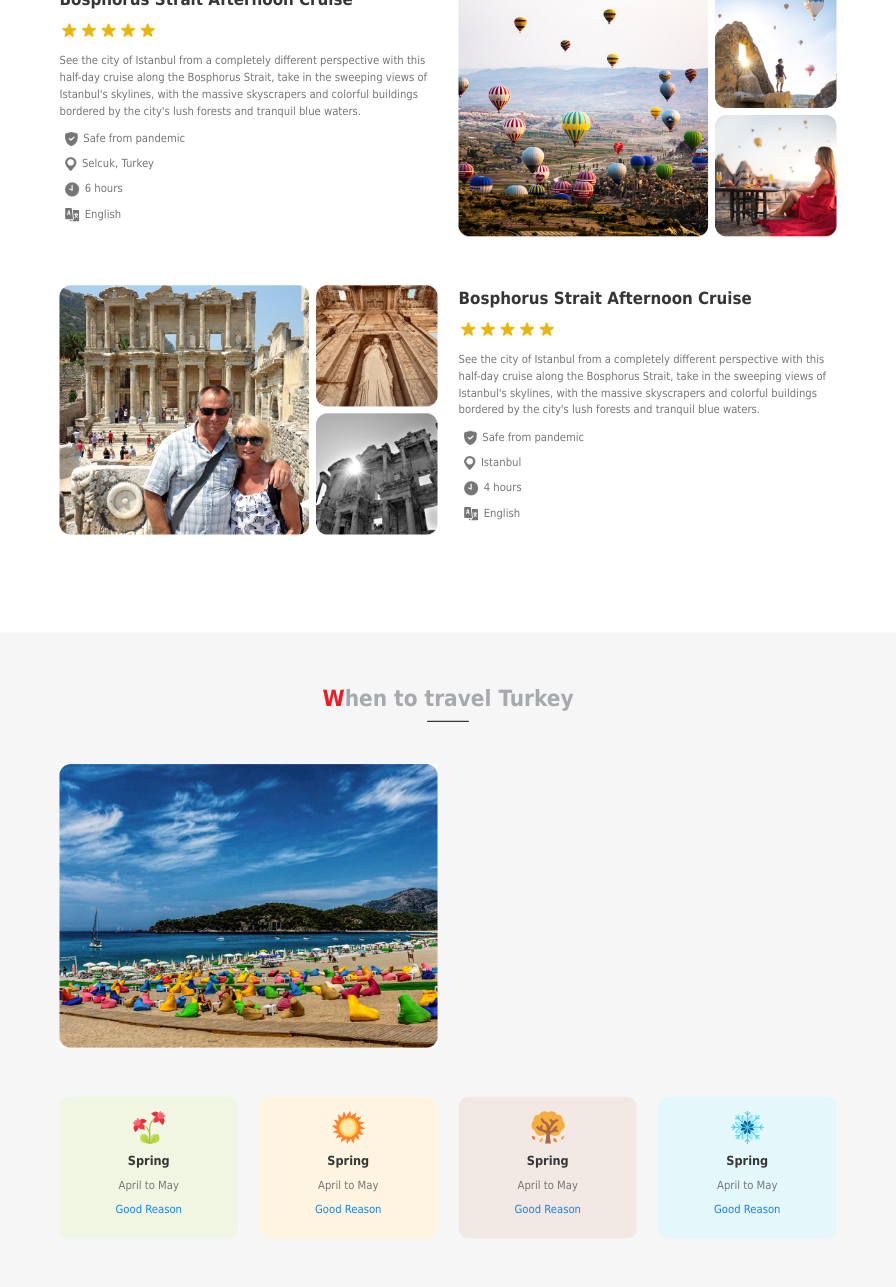
Repository: cvminhquan/turkey
Page: index.html
The author's editor kept a copy of each file at every save. The page is drawn from the files as they stood at one save, then again after the next save.
The browser window is 1280 px wide. The pictures show the part of the page from y = 1962 to 3882 px (the page is 3801 px tall before and 3882 px after), at 70% of full size.
The style sheet was rebuilt from its Sass, Less or Tailwind sources for each picture, by a compiler version that may differ from the author's.

Above is the page before, as saved 2022-09-15 20:14:18.

After the next save:
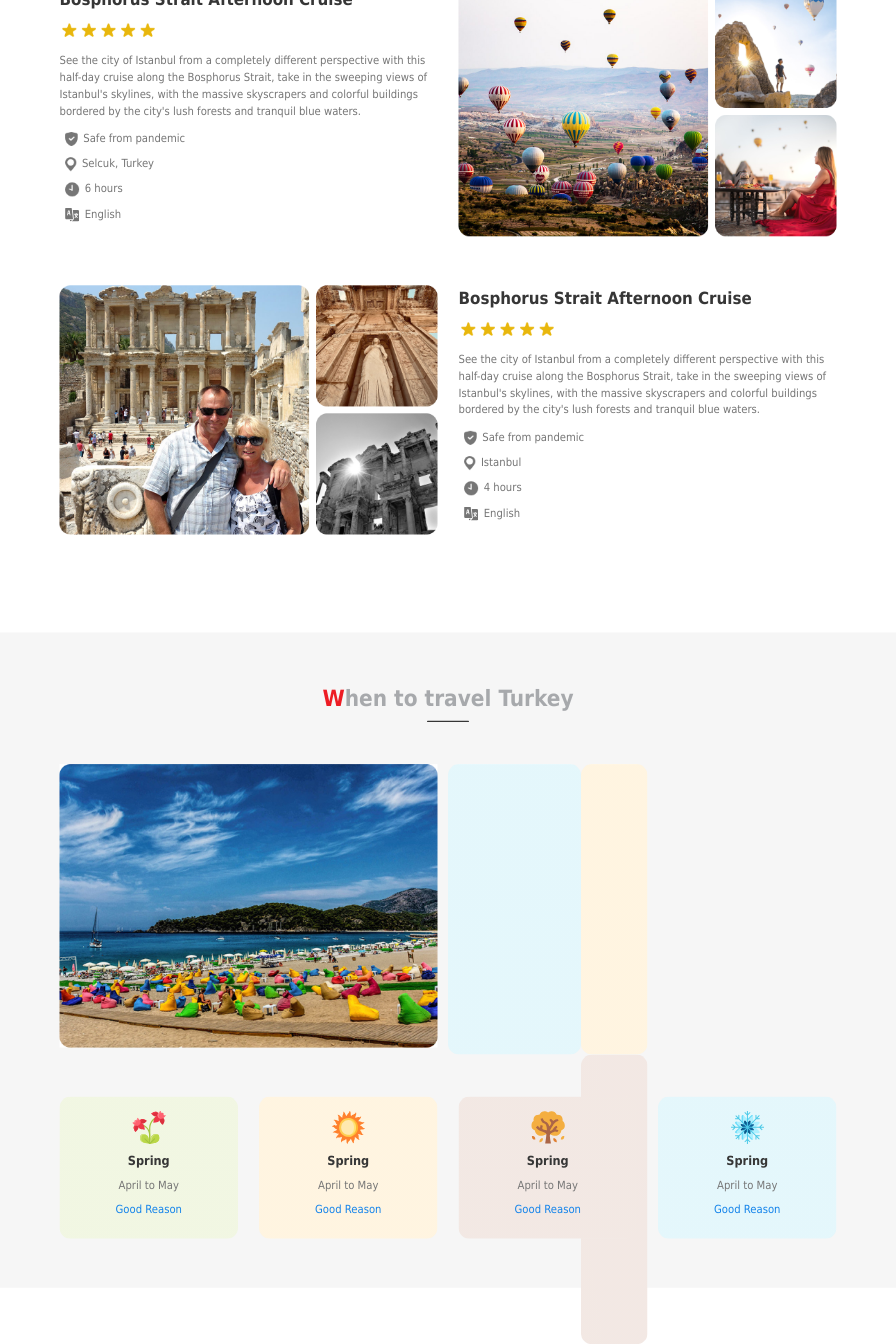
Saved 44 s later.
--- a/index.html
+++ b/index.html
@@ -155,15 +155,15 @@
                     </div>
                     <div class="col-lg-6">
                         <!-- <p class="bdr"><img src="./images/road.jpg" alt=""></p> -->
-                        <div class="row">
-                            <div class="col-4 bg-winter" style="height: 100%;"></div>
+                        <div class="row" style="height: 100%;">
+                            <div class="col-4 bg-winter"></div>
                             <div class="col-2">
-                                <div class="row bg-summer">
-                                    <div class="col-12" style="height: 100%;">
+                                <div class="row bg-summer" style="height: 100%;">
+                                    <div class="col-12">
 
                                     </div>
                                 </div>
-                                <div class="row bg-fall">
+                                <div class="row bg-fall" style="height: 100%;">
                                     <div class="col-12" style="height: 100%;"></div>
                                 </div>
                             </div>

After the save that followed:
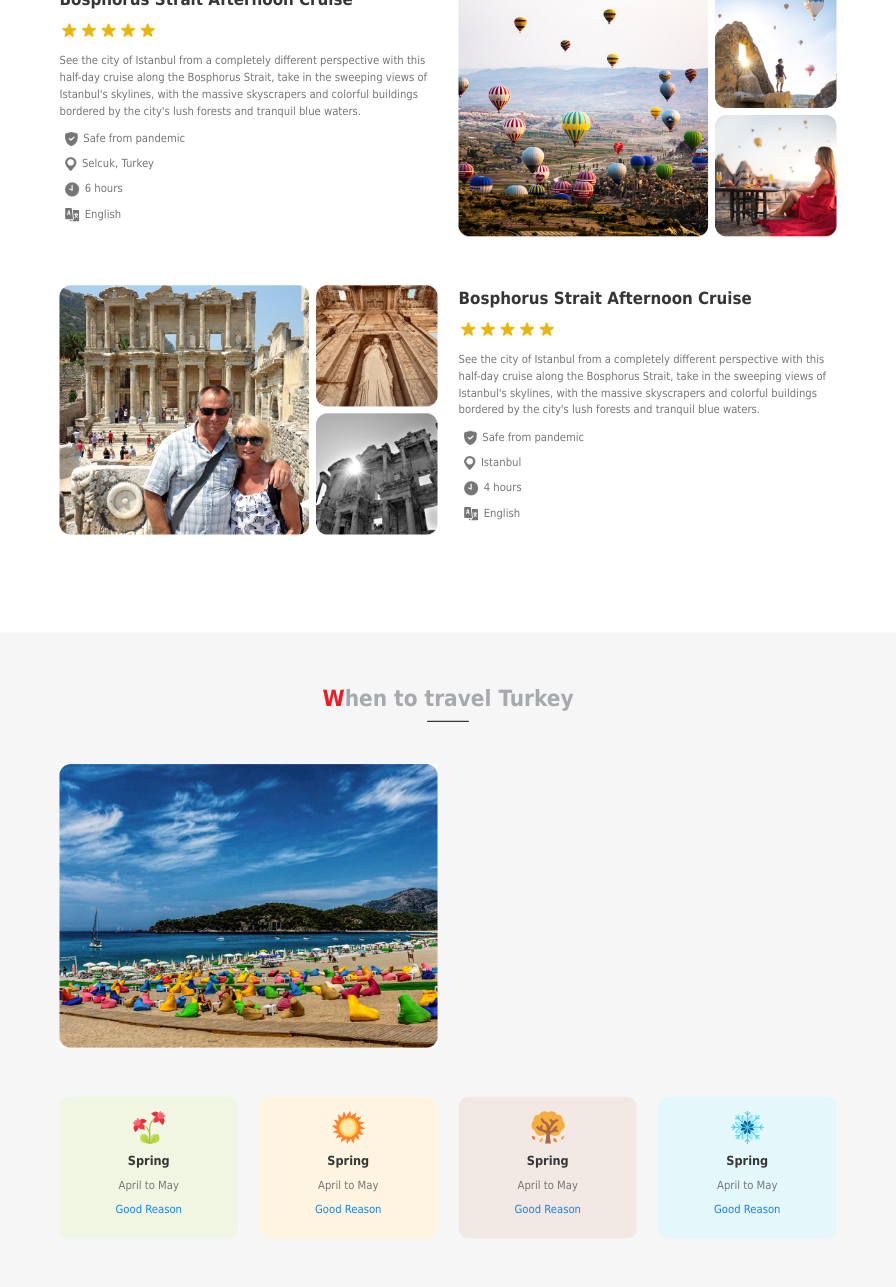
Saved 95 s later.
--- a/index.html
+++ b/index.html
@@ -155,8 +155,8 @@
                     </div>
                     <div class="col-lg-6">
                         <!-- <p class="bdr"><img src="./images/road.jpg" alt=""></p> -->
-                        <div class="row" style="height: 100%;">
-                            <div class="col-4 bg-winter"></div>
+                        <div class="row">
+                            <div class="col-4 bg-winter" style="height: 100%;"></div>
                             <div class="col-2">
                                 <div class="row bg-summer" style="height: 100%;">
                                     <div class="col-12">
